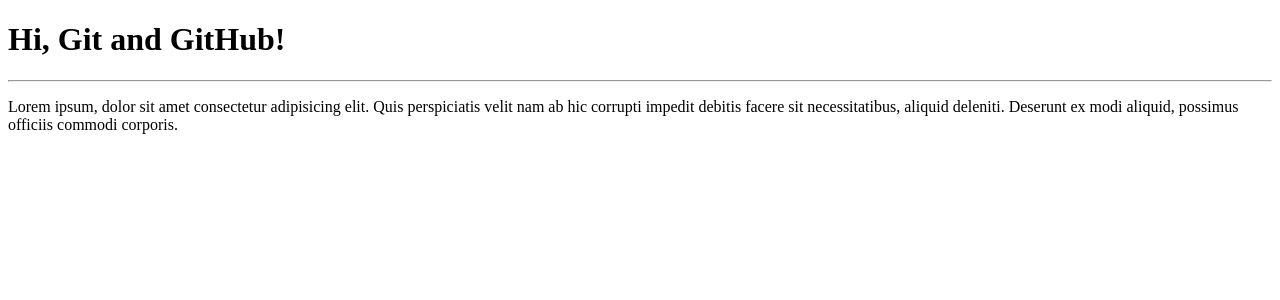
Repository: MarcioFreitasUFSC21/Proejct00
Page: ExampleSite/index.html
The author's editor kept a copy of each file at every save. The page is drawn from the files as they stood at one save, then again after a run of saves.
The browser window is 1280 px wide. The pictures show the whole page.

Above is the page before, as saved 2023-03-16 14:47:46.

After the next 3 saves:
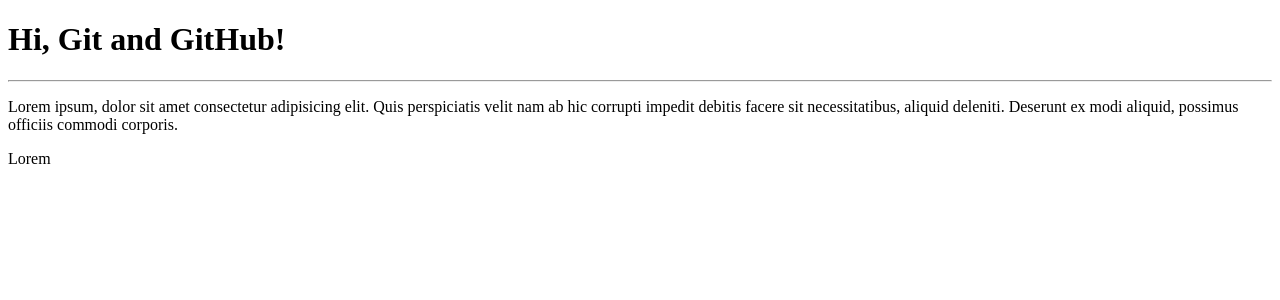
The 3 saves are shown as one change because they came seconds apart.
The last was saved 8 s later.
--- a/ExampleSite/index.html
+++ b/ExampleSite/index.html
@@ -10,6 +10,6 @@
     <h1> Hi, Git and GitHub! </h1>
     <hr>
     <p> Lorem ipsum, dolor sit amet consectetur adipisicing elit. Quis perspiciatis velit nam ab hic corrupti impedit debitis facere sit necessitatibus, aliquid deleniti. Deserunt ex modi aliquid, possimus officiis commodi corporis.</p>
-
+    <p> Lorem</p>
 </body>
 </html>
